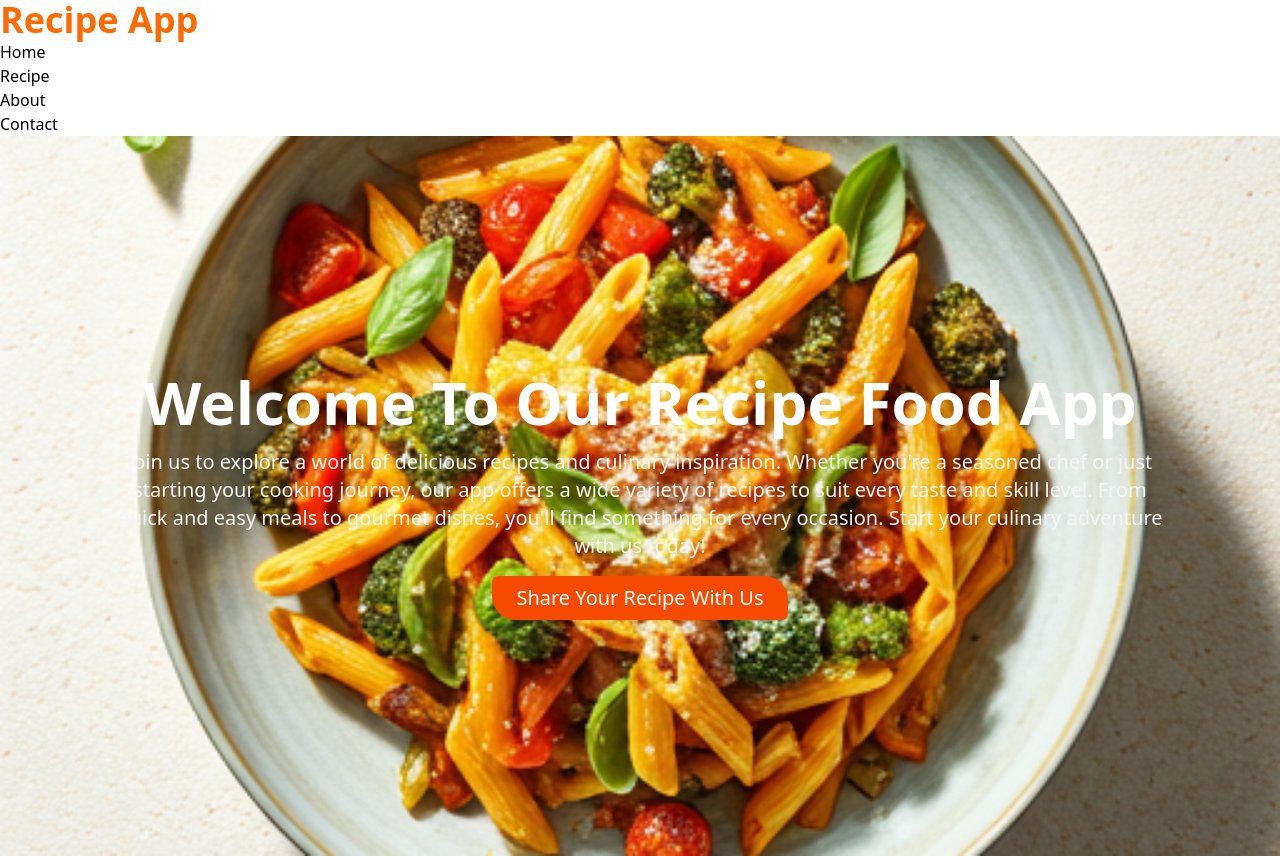
Repository: Eslam0Mohamed/mern-recipe-app
Page: / (app in FrontEnd/)
These files come from the project's save history. The page is drawn as it stood at one moment and after a run of saves; the edit follows.
The browser window is 1280 px wide. The pictures show the whole page.
The project was rebuilt for these pictures with package versions that can differ from the ones it lists, and the page was loaded fresh each time. Also part of the build but not shown: FrontEnd/vite.config.js.

Above is the page before, as saved 2026-05-07 18:38:42.

### FrontEnd/src/index.css
@import "tailwindcss";
  .container{
    @apply mx-auto w-10/12
}
@theme{
  --color-tertiary:"#F9F7F2"
}

### FrontEnd/src/App.jsx
import React from 'react'
import Home from './pages/Home'
import { createBrowserRouter, RouterProvider } from 'react-router-dom'
import Layout from './components/Layout'

const App = () => {
  const router = createBrowserRouter([
    { path: '/', element: <Layout />,children:[
      {path:"/",element:<Home/>}
    ]  },
    // { path: '/', element: <Contact />  },
    // { path: '/', element: <Home />  }
  ])
  return (
    <main>
      <RouterProvider router={router} />
    </main>
  )
}

export default App

### FrontEnd/src/pages/Home.jsx
import React from 'react'
import backgroundImage from "../assets/bg_1.png"
function Home() {
  return (
    <section style={{backgroundImage:`url(${backgroundImage})`,}} className={`bg-cover bg-tertiary h-screen bg-center flex items-center justify-center `}>
      <div className='left container flex flex-col gap-4 text-center justify-center items-center' >
        <h1 className='text-white text-6xl font-semibold'>Welcome To Our Recipe Food App</h1>
        <p className='text-md text-gray-100 font-medium text-xl'> Join us to explore a world of delicious recipes and culinary inspiration. Whether you're a seasoned chef or just starting your cooking journey, our app offers a wide variety of recipes to suit every taste and skill level. From quick and easy meals to gourmet dishes, you'll find something for every occasion. Start your culinary adventure with us today!</p>
      <button className='w-fit outline-none px-6 py-2  text-xl rounded-bl-3xl rounded-tr-3xl  cursor-pointer bg-orange-600 text-white transition-colors duration-300 rounded-md hover:bg-orange-700 hover:scale-105 '>Share Your Recipe With Us</button>
      </div>
      {/* <div className='right'>
        <img src={""} alt="share your recipe" />
      </div> */}
      <div></div>
    </section>
  )
}

export default Home

### FrontEnd/src/components/Layout.jsx
import React from 'react'
import Navbar from './Navbar'
import { Outlet } from 'react-router-dom'

const Layout = () => {
  return (
    <div>
      <Navbar/>
      <Outlet/>
    </div>
  )
}

export default Layout

### FrontEnd/src/components/Navbar.jsx
import React from 'react'

const Navbar = () => {
    return (
        <header>
            <nav className='px-'>
                <div className="logo text-4xl text-orange-500 font-extrabold ">
                    Recipe App
                </div>
                <ul>
                    <li><a href="">Home</a></li>
                    <li><a href="">Recipe</a></li>
                    <li><a href="">About</a></li>
                    <li><a href="">Contact</a></li>
                </ul>
            </nav>

        </header>
    )
}

export default Navbar

Loaded but not shown: FrontEnd/src/main.jsx (common file)

After the next 3 saves:
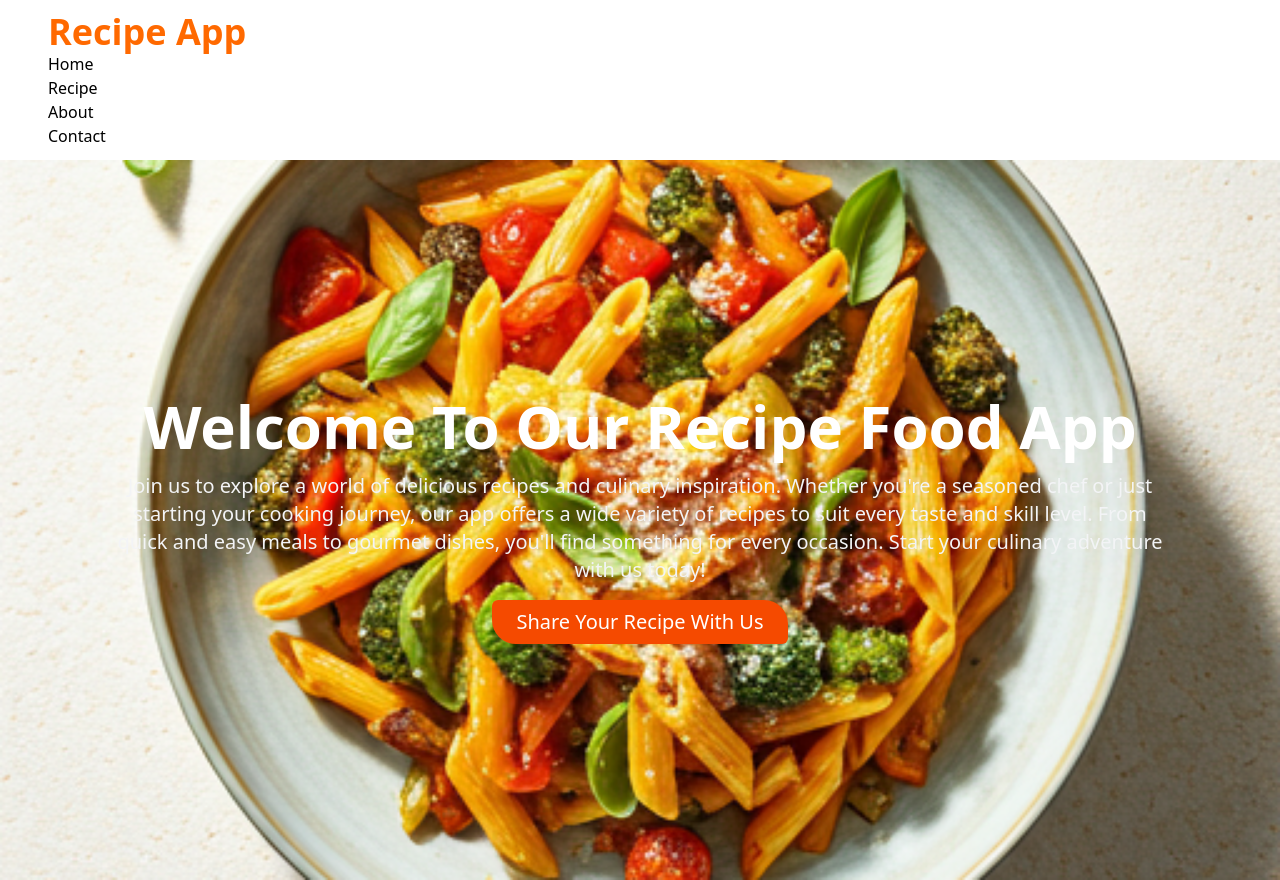
The 3 saves are shown as one change because they came seconds apart.
The last was saved 8 s later.
--- a/FrontEnd/src/components/Navbar.jsx
+++ b/FrontEnd/src/components/Navbar.jsx
@@ -3,7 +3,7 @@ import React from 'react'
 const Navbar = () => {
     return (
         <header>
-            <nav className='px-'>
+            <nav className='px-12 py-3'>
                 <div className="logo text-4xl text-orange-500 font-extrabold ">
                     Recipe App
                 </div>
